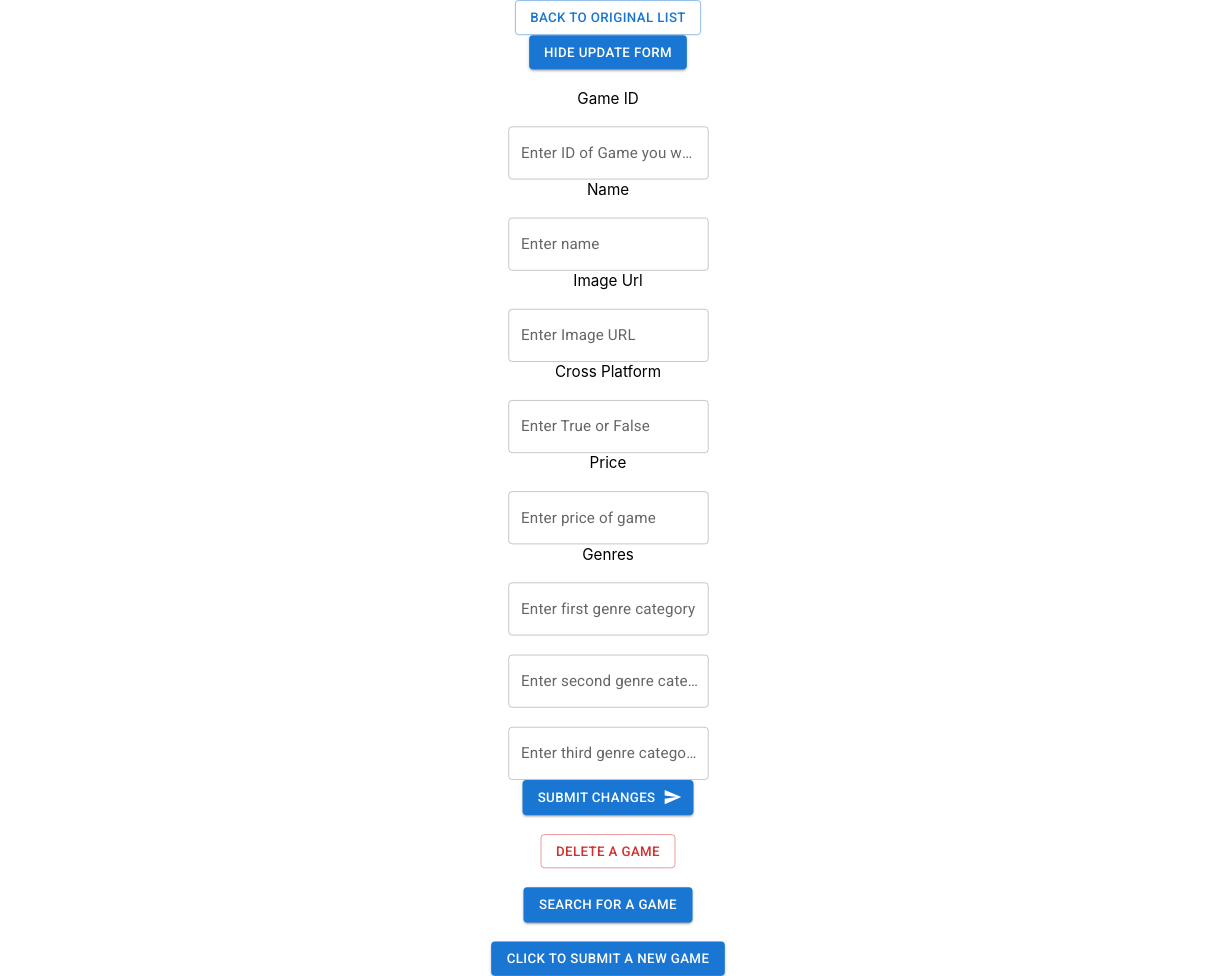
Repository: The-Software-Guild/assessment-2-react-nj10deadend
Page: / (app in Part-2/React-section/frontend/), after clicking the first element matching `button.MuiButton-contained`
An editor plug-in stored every save of this project. The page is shown before and after the next save, followed by the edit.
The browser window is 1280 px wide. The pictures show the whole page, at 95% of full size.
The page's requests for data from a server got no answer. The project was rebuilt for these pictures with package versions that can differ from the ones it lists, and the page was loaded fresh each time. No one was signed in, and anything a server would have sent is missing. Also part of the build but not shown: Part-2/React-section/frontend/src/components/GameCards.js.

Above is the page before, as saved 2021-12-19 22:39:41.

### Part-2/React-section/frontend/public/index.html
<!DOCTYPE html>
<html lang="en">
  <head>
    <meta charset="utf-8" />
    <link rel="icon" href="%PUBLIC_URL%/favicon.ico" />
    <meta name="viewport" content="width=device-width, initial-scale=1" />
    <meta name="theme-color" content="#000000" />
    <meta name="viewport" content="initial-scale=1, width=device-width" />
    <meta
      name="description"
      content="Web site created using create-react-app"
    />
    <link rel="apple-touch-icon" href="%PUBLIC_URL%/logo192.png" />
    <!--
      manifest.json provides metadata used when your web app is installed on a
      user's mobile device or desktop. See https://developers.google.com/web/fundamentals/web-app-manifest/
    -->
    <link rel="manifest" href="%PUBLIC_URL%/manifest.json" />
    <!--
      Notice the use of %PUBLIC_URL% in the tags above.
      It will be replaced with the URL of the `public` folder during the build.
      Only files inside the `public` folder can be referenced from the HTML.

      Unlike "/favicon.ico" or "favicon.ico", "%PUBLIC_URL%/favicon.ico" will
      work correctly both with client-side routing and a non-root public URL.
      Learn how to configure a non-root public URL by running `npm run build`.
    -->
    <link
      rel="stylesheet"
      href="https://fonts.googleapis.com/css?family=Roboto:300,400,500,700&display=swap"
    />
    <link
      rel="stylesheet"
      href="https://fonts.googleapis.com/icon?family=Material+Icons"
    />
    <title>React App</title>
  </head>
  <body>
    <noscript>You need to enable JavaScript to run this app.</noscript>
    <div id="root"></div>
    <!--
      This HTML file is a template.
      If you open it directly in the browser, you will see an empty page.

      You can add webfonts, meta tags, or analytics to this file.
      The build step will place the bundled scripts into the <body> tag.

      To begin the development, run `npm start` or `yarn start`.
      To create a production bundle, use `npm run build` or `yarn build`.
    -->
  </body>
</html>

### Part-2/React-section/frontend/src/index.css
body {
  margin: 0;
  font-family: -apple-system, BlinkMacSystemFont, 'Segoe UI', 'Roboto', 'Oxygen',
    'Ubuntu', 'Cantarell', 'Fira Sans', 'Droid Sans', 'Helvetica Neue',
    sans-serif;
  -webkit-font-smoothing: antialiased;
  -moz-osx-font-smoothing: grayscale;
}

code {
  font-family: source-code-pro, Menlo, Monaco, Consolas, 'Courier New',
    monospace;
}

.imgs {
  height: 300px;
  width: 300px;
  border-radius: 5px;
}
.game-cards {
  border-color: lightblue;
  border-style: outset;
}
.divider {
  border-top: 1px dotted lightblue;
}
#outlined-basic6 {
  height: 10px;
  width: 200px;
}

### Part-2/React-section/frontend/src/App.js
import './App.css';
import Home from './components/Home';
import AddGameForm from './components/AddGameForm';
import GameSearch from './components/GameSearch';
import UpdateGame from './components/UpdateGame';
import DeleteGame from './components/DeleteGame';
import axios from 'axios';
import {useState, useEffect} from 'react';
import Container from '@mui/material/Container';

// import {Container} from '@mui/material';
import Button from '@mui/material/Button';
// import Typography from '@mui/material/Typography';

function App() {

  const [gameData, setGameData] = useState([]);

  function getFetchGameServer () {
    axios.get(`http://localhost:8080/allGames`)
      .then(res => {
        setGameData(res.data)
      })

  }

  useEffect(getFetchGameServer, []);

  return (
    // <div className="App">
    <Container className="App">

      <Button variant="outlined"onClick={getFetchGameServer}>Back to Original List</Button>
      <UpdateGame getFetchGameServer={getFetchGameServer}/>
      <br></br>
      <DeleteGame getFetchGameServer={getFetchGameServer} />
      <br></br>
      <GameSearch setGameData={setGameData}/>
      <br></br>
      <AddGameForm setGameData={setGameData}/>


      <Home gameData={gameData}/>

    </Container>

  );
}

export default App;

### Part-2/React-section/frontend/src/components/Home.js
import GameCards from "./GameCards";


function Home ({gameData}) {

    const renderGameData = gameData.map(eachGame => {
        // console.log(eachGame._id);
        return (
            <GameCards key={eachGame._id} eachGame={eachGame} />
        )
    })
    return (
        <div>
            {renderGameData}

        </div>
    )
}

export default Home;

### Part-2/React-section/frontend/src/components/UpdateGame.js
import {useState} from 'react';
import axios from 'axios';
import Button from '@mui/material/Button';
import Box from '@mui/material/Box';
import TextField from '@mui/material/TextField';
import SendIcon from '@mui/icons-material/Send';



function UpdateGame ({getFetchGameServer}) {
    const [name, setName] = useState("");
    const [img, setImg] = useState("");
    const [crossPlatform, setCrossPlatform] = useState("");
    const [price, setPrice] = useState("");
    const [genres, setGenres] = useState(["", "", ""]);

    const [clicked, setClicked] = useState(false);
    const [searchId, setSearchId] = useState("");

    const updateButtonText = clicked ? "Hide Update Form" : "Update game details"

    async function patchRequest () {
        await axios.patch(`http://localhost:8080/allGames/update/${searchId}`,  {
            name: name,
            img: img,
            cross_platform: crossPlatform,
            price: price,
            genres: genres
        })
    }

    async function updateChanges (event) {
        event.preventDefault();
        await patchRequest();
        getFetchGameServer();
        setSearchId("");
        setName("");
        setImg("");
        setCrossPlatform("");
        setPrice("");
    }
    return (
        <Box sx={{ borderRadius: '50%' }}>
            <Button variant="contained" onClick={() => {setClicked(!clicked)}}>{updateButtonText}</Button>
                {clicked && (
                    <div>
                        <br></br>
                        <form onSubmit={updateChanges}>
                            <div>
                                <label for="game-id">Game ID</label>
                                <br></br>
                                <br></br>
                                {/* <input name="game-id" type="text" placeholder="Enter ID of Game you want to update"
                                onChange={(event) => {setSearchId(event.target.value)}}
                                value = {searchId}
                                /> */}
                                <TextField className="inputs" label="Enter ID of Game you want to update"
                                variant="outlined"
                                onChange={(event) => {setSearchId(event.target.value)}}
                                value = {searchId}
                                />
                            </div>
                            <div>
                                <label for="name">Name</label>
                                <br></br>
                                <br></br>
                                {/* <input type="text" name="name" placeholder="Enter name" id="name"
                                value={name} onChange={(event) => {setName(event.target.value)}}/> */}
                                <TextField className="inputs" label="Enter name"
                                variant="outlined"
                                onChange={(event) => {setName(event.target.value)}}
                                value = {name}
                                />
                            </div>
                            <div>
                                <label for="img">Image Url</label>
                                <br></br>
                                <br></br>
                                {/* <input type="text" name="img" placeholder="Enter image URL" id="img"
                                value={img} onChange={(event) => {setImg(event.target.value)}}/> */}
                                <TextField className="inputs" label="Enter Image URL"
                                variant="outlined"
                                onChange={(event) => {setImg(event.target.value)}}
                                value = {img}
                                />
                            </div>
                            <div>
                                <label for="cross platform">Cross Platform</label>
                                <br></br>
                                <br></br>
                                {/* <input type="text" name="cross platform" placeholder="Enter true or false" id="cross_platform"
                                value={crossPlatform} onChange={(event) => {setCrossPlatform(event.target.value)}}/> */}
                                <TextField className="inputs" label="Enter True or False"
                                variant="outlined"
                                onChange={(event) => {setCrossPlatform(event.target.value)}}
                                value = {crossPlatform}
                                />
                            </div>
                            <div>
                                <label for="price">Price</label>
                                <br></br>
                                <br></br>
                                {/* <input type="text" name="price" placeholder="Enter price of game" id="price"
                                value={price} onChange={(event) => {setPrice(event.target.value)}} /> */}
                                <TextField className="inputs" label="Enter price of game"
                                variant="outlined"
                                onChange={(event) => {setPrice(event.target.value)}}
                                value = {price}
                                />
                            </div>
                            <div>
                                <label for="genres">Genres</label>
                                <br></br>
                                <br></br>
                                {/* <input type="text" name="genre1" placeholder="Enter first genre category" id="genre1"
                                value={genres[0]} onChange={(event) => {setGenres([event.target.value, genres[1], genres[2]])}}/> */}
                                <TextField className="inputs" label="Enter first genre category"
                                variant="outlined"
                                onChange={(event) => {setGenres([event.target.value, genres[1], genres[2]])}}
                                value = {genres[0]}
                                />
                                <br></br>
                                <br></br>
                                {/* <input type="text" name="genre2" placeholder="Enter second genre category" id="genre2"
                                value={genres[1]} onChange={(event) => {setGenres([genres[0], event.target.value, genres[2] ])}}/> */}
                                <TextField className="inputs" label="Enter second genre category"
                                variant="outlined"
                                onChange={(event) => {setGenres([genres[0], event.target.value, genres[2] ])}}
                                value = {genres[1]}
                                />
                                <br></br>
                                <br></br>
                                {/* <input type="text" name="genre3" placeholder="Enter third genre category" id="genre3"
                                value={genres[2]} onChange={(event) => {setGenres([genres[0], genres[1], event.target.value])}}/> */}
                                <TextField className="inputs" label="Enter third genre category"
                                variant="outlined"
                                onChange={(event) => {setGenres([genres[0], genres[1], event.target.value])}}
                                value = {genres[2]}
                                />

                            </div>
                            <Button variant="contained" endIcon={<SendIcon />} type="submit">Submit Changes</Button>

                        </form>
                    </div>
                )}


        </Box>
    )
}

export default UpdateGame;

### Part-2/React-section/frontend/src/components/DeleteGame.js
import axios from 'axios';
import {useState} from 'react';
import Button from '@mui/material/Button';
import DeleteIcon from '@mui/icons-material/Delete';
import TextField from '@mui/material/TextField';


function DeleteGame ({getFetchGameServer}) {

    const [searchId, setSearchId] = useState("");
    const [clicked, setClicked] = useState(false);

    const deleteText = clicked ? "Hide Delete Form" : "Delete A Game"

    async function deleteGame () {
        await axios.delete(`http://localhost:8080/allGames/delete/${searchId}`)
    }

    async function onSubmit (event) {
        event.preventDefault();
        await deleteGame();
        getFetchGameServer();
        setSearchId("");

    }
    return (
        <div>
            <Button variant="outlined" color="error" onClick={() => {setClicked(!clicked)}}>{deleteText}</Button>
            {clicked && (
                <form onSubmit={onSubmit}>
                    <br></br>
                    <div>
                    <TextField id="outlined-basic" label="Enter ID of Game you want Deleted"
                    variant="outlined"
                    onChange={(event) => {setSearchId(event.target.value)}}
                    value = {searchId}
                    />
                    </div>
                    <br></br>
                    <div>
                        <Button type="submit" variant="outlined" color="error" startIcon={<DeleteIcon />}>Delete Game</Button>
                    </div>
                </form>
            )}

        </div>
    )
}
export default DeleteGame;

Loaded but not shown: Part-2/React-section/frontend/src/index.js (common file); Part-2/React-section/frontend/src/reportWebVitals.js (common file); Part-2/React-section/frontend/src/App.css (common file); Part-2/React-section/frontend/src/components/AddGameForm.js (104 lines, source omitted); Part-2/React-section/frontend/src/components/GameSearch.js (52 lines, source omitted)

After the next save:
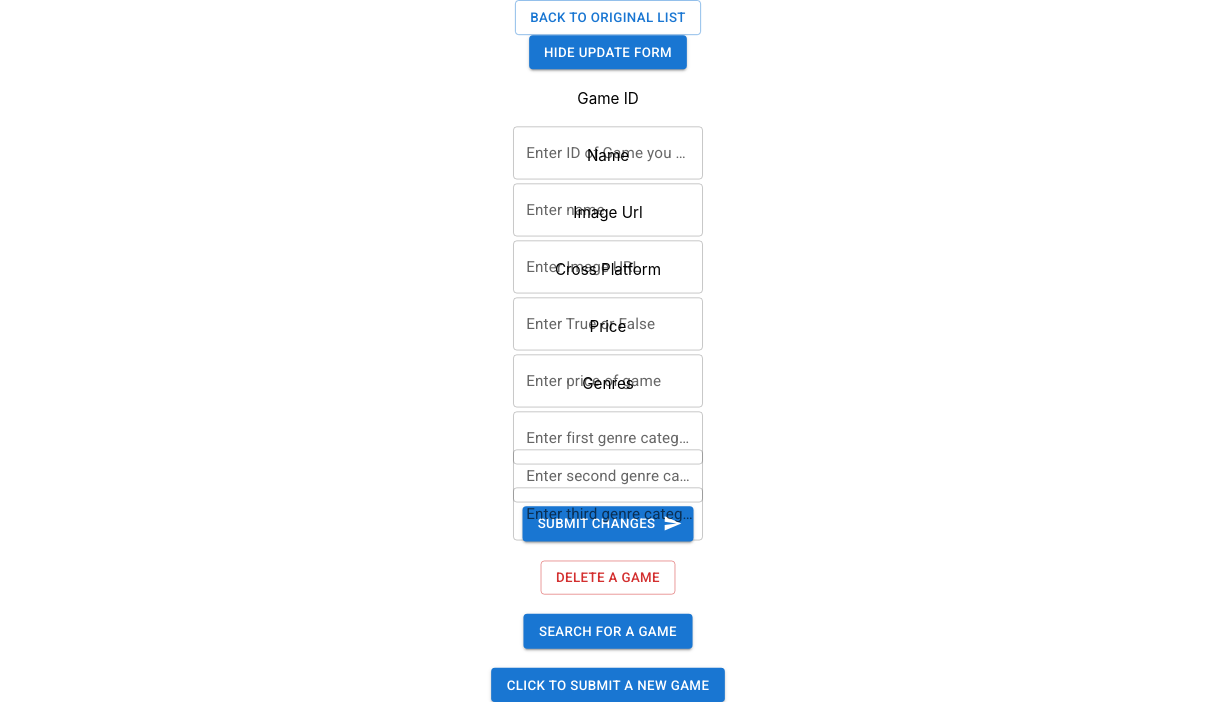
Saved 17 s later.
--- a/Part-2/React-section/frontend/src/index.css
+++ b/Part-2/React-section/frontend/src/index.css
@@ -24,7 +24,7 @@ code {
 .divider {
   border-top: 1px dotted lightblue;
 }
-#outlined-basic6 {
+.inputs {
   height: 10px;
   width: 200px;
 }

After the save that followed:
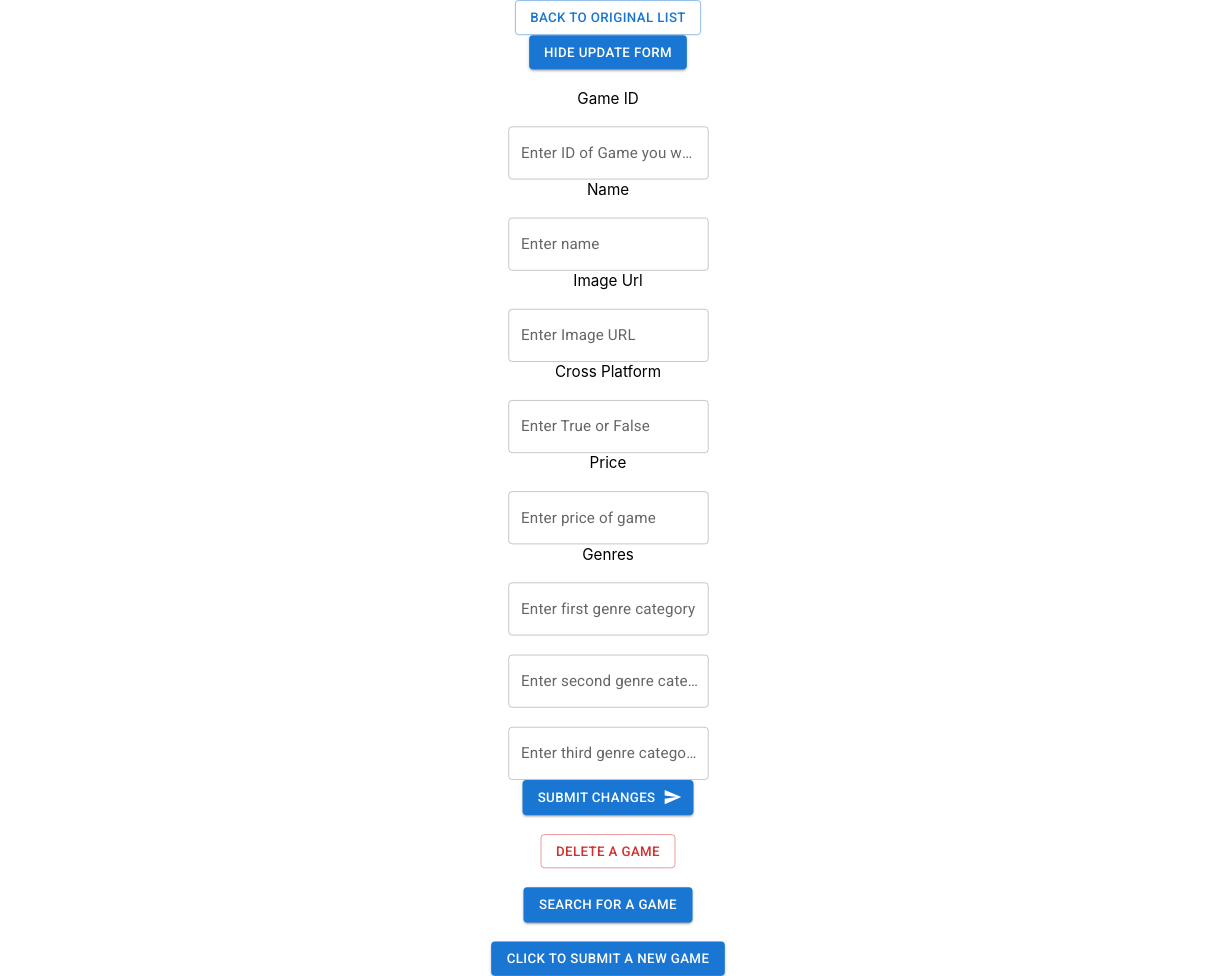
Saved 88 s later.
--- a/Part-2/React-section/frontend/src/components/UpdateGame.js
+++ b/Part-2/React-section/frontend/src/components/UpdateGame.js
@@ -54,7 +54,7 @@ function UpdateGame ({getFetchGameServer}) {
                                 onChange={(event) => {setSearchId(event.target.value)}}
                                 value = {searchId}
                                 /> */}
-                                <TextField className="inputs" label="Enter ID of Game you want to update"
+                                <TextField id="outlined-basic1" label="Enter ID of Game you want to update"
                                 variant="outlined"
                                 onChange={(event) => {setSearchId(event.target.value)}}
                                 value = {searchId}
@@ -66,7 +66,7 @@ function UpdateGame ({getFetchGameServer}) {
                                 <br></br>
                                 {/* <input type="text" name="name" placeholder="Enter name" id="name"
                                 value={name} onChange={(event) => {setName(event.target.value)}}/> */}
-                                <TextField className="inputs" label="Enter name"
+                                <TextField id="outlined-basic2" label="Enter name"
                                 variant="outlined"
                                 onChange={(event) => {setName(event.target.value)}}
                                 value = {name}
@@ -78,7 +78,7 @@ function UpdateGame ({getFetchGameServer}) {
                                 <br></br>
                                 {/* <input type="text" name="img" placeholder="Enter image URL" id="img"
                                 value={img} onChange={(event) => {setImg(event.target.value)}}/> */}
-                                <TextField className="inputs" label="Enter Image URL"
+                                <TextField id="outlined-basic3" label="Enter Image URL"
                                 variant="outlined"
                                 onChange={(event) => {setImg(event.target.value)}}
                                 value = {img}
@@ -90,7 +90,7 @@ function UpdateGame ({getFetchGameServer}) {
                                 <br></br>
                                 {/* <input type="text" name="cross platform" placeholder="Enter true or false" id="cross_platform"
                                 value={crossPlatform} onChange={(event) => {setCrossPlatform(event.target.value)}}/> */}
-                                <TextField className="inputs" label="Enter True or False"
+                                <TextField id="outlined-basic4" label="Enter True or False"
                                 variant="outlined"
                                 onChange={(event) => {setCrossPlatform(event.target.value)}}
                                 value = {crossPlatform}
@@ -102,7 +102,7 @@ function UpdateGame ({getFetchGameServer}) {
                                 <br></br>
                                 {/* <input type="text" name="price" placeholder="Enter price of game" id="price"
                                 value={price} onChange={(event) => {setPrice(event.target.value)}} /> */}
-                                <TextField className="inputs" label="Enter price of game"
+                                <TextField id="outlined-basic5" label="Enter price of game"
                                 variant="outlined"
                                 onChange={(event) => {setPrice(event.target.value)}}
                                 value = {price}
@@ -114,7 +114,7 @@ function UpdateGame ({getFetchGameServer}) {
                                 <br></br>
                                 {/* <input type="text" name="genre1" placeholder="Enter first genre category" id="genre1"
                                 value={genres[0]} onChange={(event) => {setGenres([event.target.value, genres[1], genres[2]])}}/> */}
-                                <TextField className="inputs" label="Enter first genre category"
+                                <TextField id="outlined-basic6" label="Enter first genre category"
                                 variant="outlined"
                                 onChange={(event) => {setGenres([event.target.value, genres[1], genres[2]])}}
                                 value = {genres[0]}
@@ -123,7 +123,7 @@ function UpdateGame ({getFetchGameServer}) {
                                 <br></br>
                                 {/* <input type="text" name="genre2" placeholder="Enter second genre category" id="genre2"
                                 value={genres[1]} onChange={(event) => {setGenres([genres[0], event.target.value, genres[2] ])}}/> */}
-                                <TextField className="inputs" label="Enter second genre category"
+                                <TextField id="outlined-basic7" label="Enter second genre category"
                                 variant="outlined"
                                 onChange={(event) => {setGenres([genres[0], event.target.value, genres[2] ])}}
                                 value = {genres[1]}
@@ -132,7 +132,7 @@ function UpdateGame ({getFetchGameServer}) {
                                 <br></br>
                                 {/* <input type="text" name="genre3" placeholder="Enter third genre category" id="genre3"
                                 value={genres[2]} onChange={(event) => {setGenres([genres[0], genres[1], event.target.value])}}/> */}
-                                <TextField className="inputs" label="Enter third genre category"
+                                <TextField id="outlined-basic7" label="Enter third genre category"
                                 variant="outlined"
                                 onChange={(event) => {setGenres([genres[0], genres[1], event.target.value])}}
                                 value = {genres[2]}
